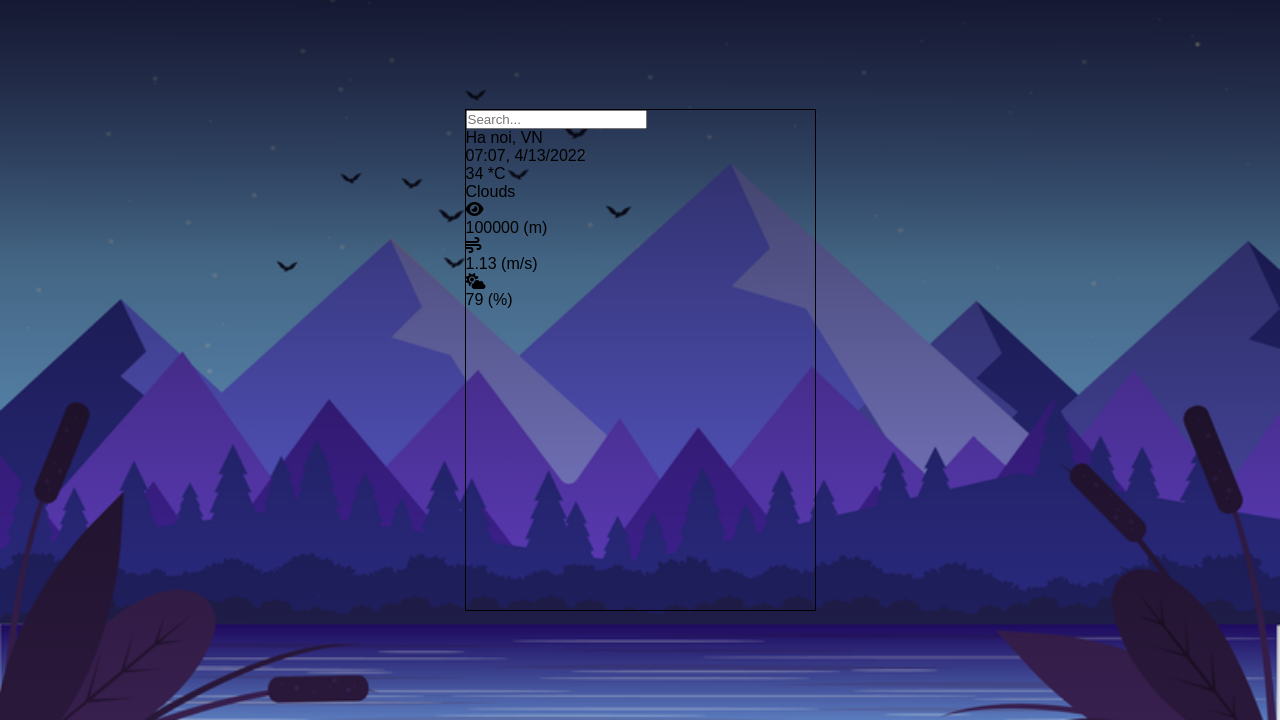
Repository: nganha241/weather-app
Page: index.html
These files come from the project's save history. The page is drawn as it stood at one moment and after the next save; the edit follows.
The browser window is 1280 px wide. The pictures show the whole page.
Some web libraries are served in a nearby version.

Above is the page before, as saved 2022-04-13 08:18:39.

### index.html
<!DOCTYPE html>
<html lang="en">
  <head>
    <meta charset="UTF-8" />
    <meta http-equiv="X-UA-Compatible" content="IE=edge" />
    <meta name="viewport" content="width=device-width, initial-scale=1.0" />
    <title>Document</title>
    <link rel="stylesheet" href="./style.css" />
  </head>
  <body>
    <div id="weather">
      <div class="header">
        <input type="text" placeholder="Search..." />
      </div>
      <div class="content">
        <div class="city">Ha noi, <span class="country">VN</span></div>
        <div class="time">07:07, <span class="date">4/13/2022</span></div>

        <div class="deg">34 *C</div>
        <div class="status">Clouds</div>
      </div>
      <div class="footer">
        <div class="detail">
          <div class="distance">
            <div><i class="fa-solid fa-eye"></i></div>
            <div>100000 <span>(m)</span></div>
          </div>
          <div class="speed">
            <div><i class="fa-solid fa-wind"></i></div>
            <div>1.13 <span>(m/s)</span></div>
          </div>
          <div class="humidity">
            <div><i class="fa-solid fa-cloud-sun"></i></div>
            <div>79 <span>(%)</span></div>
          </div>
        </div>
      </div>
    </div>
    <script
      src="https://kit.fontawesome.com/ae971d7ee0.js"
      crossorigin="anonymous"
    ></script>
    <script src="./main.js"></script>
  </body>
</html>

### style.css
* {
    padding: 0;
    margin: 0;
    box-sizing: border-box;
}

body {
    font-family: sans-serif;
    height: 100vh;
    display: flex;
    justify-content: center;
    align-items: center;
    background: linear-gradient(to bottom, rgba(0, 0, 0, 0.7), rgba(0, 0, 0, 0.1)), url(./img1.png) no-repeat center/cover;
}

#weather {
    width: 351px;
    height: 502px;
    border: 1px solid;
}

Loaded but not shown: main.js (no copy from this time; the picture is the same without it)

After the next save:
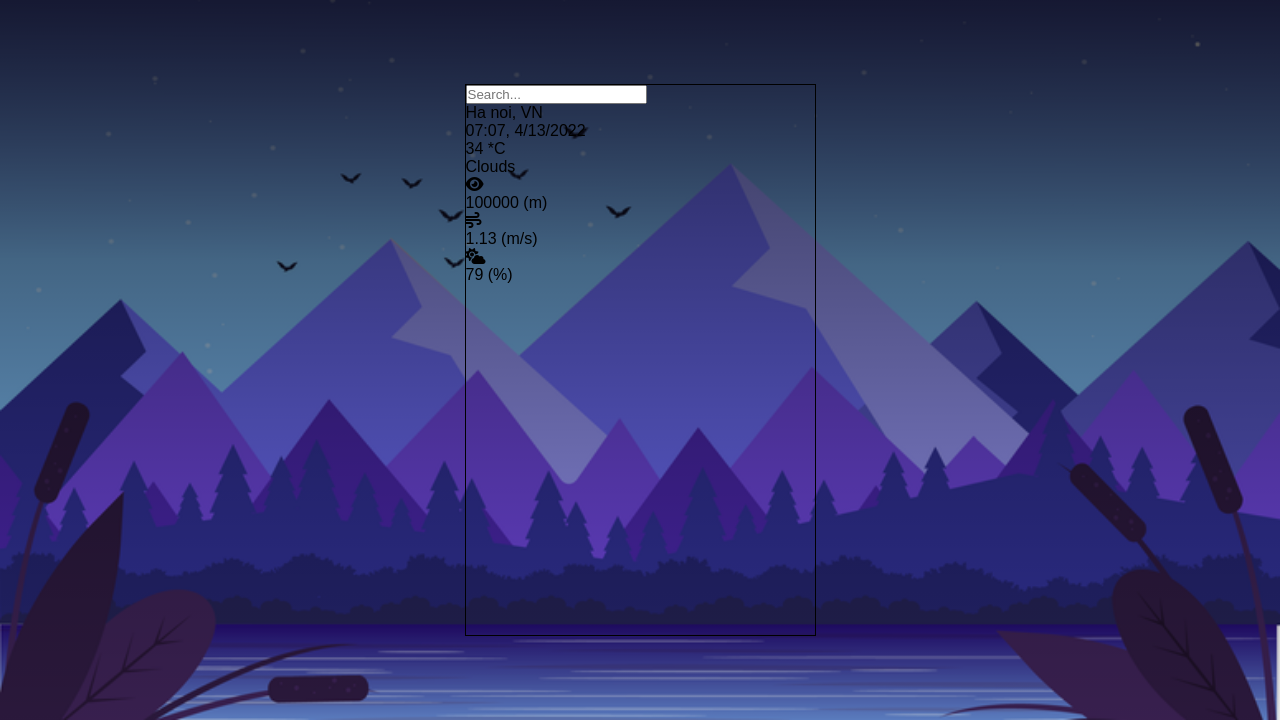
Saved 49 s later.
--- a/style.css
+++ b/style.css
@@ -15,6 +15,6 @@ body {
 
 #weather {
     width: 351px;
-    height: 502px;
+    height: 552px;
     border: 1px solid;
 }
